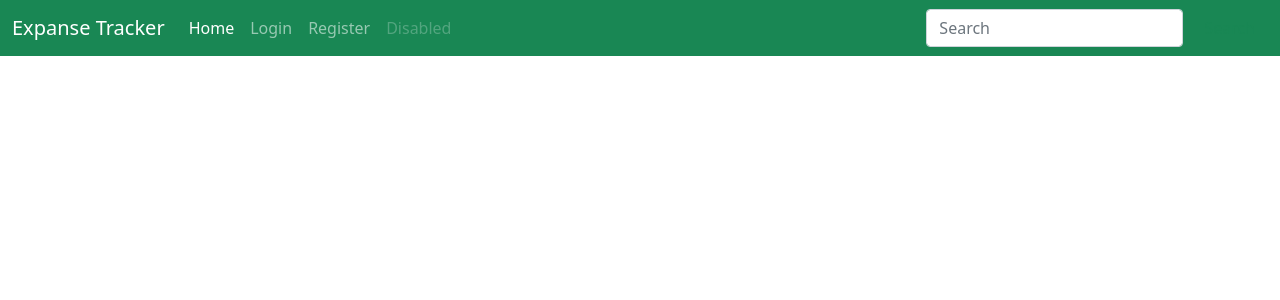
Repository: Hashim-Ansari-82/Java_Project
Page: http://localhost/Online_Expanse_Tracker/
An editor plug-in stored every save of this project. The page is shown before and after the next save, followed by the edit.
The browser window is 1280 px wide. The pictures show the whole page.
The page is served by Tomcat 9.

Above is the page before, as saved 2026-05-25 04:34:32.

After the next save:
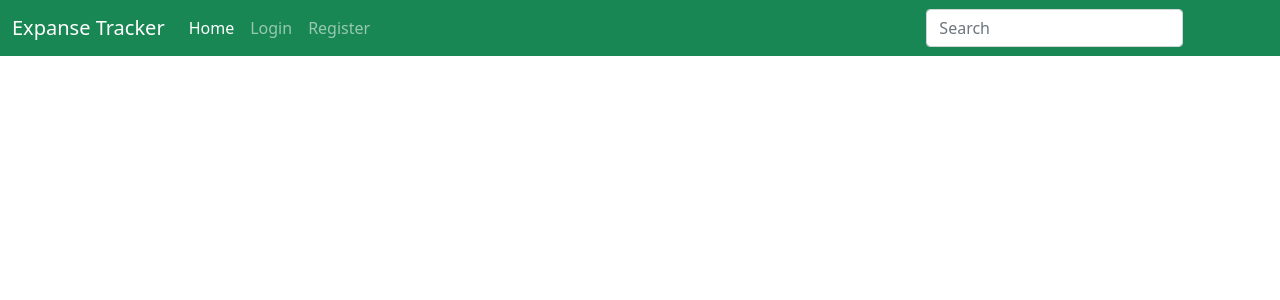
Saved 11 s later.
--- a/Online_Expanse_Tracker/src/main/webapp/index.jsp
+++ b/Online_Expanse_Tracker/src/main/webapp/index.jsp
@@ -28,10 +28,6 @@
 						aria-current="page" href="#">Home</a></li>
 					<li class="nav-item"><a class="nav-link" href="#">Login</a></li>
 					<li class="nav-item"><a class="nav-link" href="#">Register</a></li>
-
-
-					<li class="nav-item"><a class="nav-link disabled" href="#"
-						tabindex="-1" aria-disabled="true">Disabled</a></li>
 				</ul>
 				<form class="d-flex">
 					<input class="form-control me-2" type="search" placeholder="Search"
